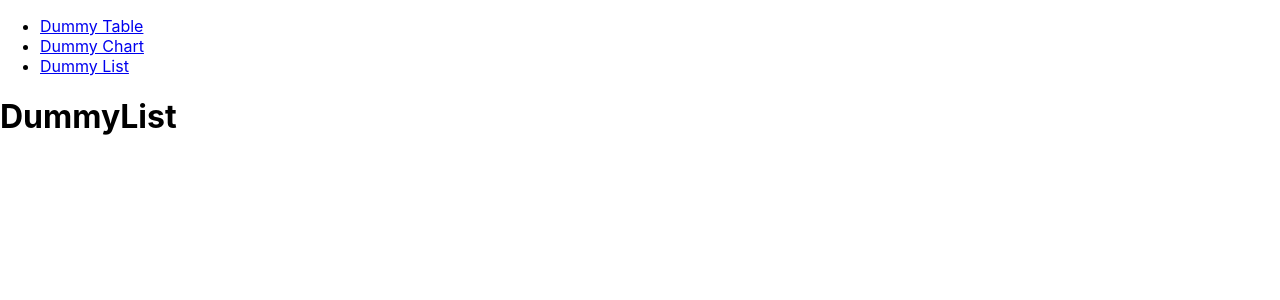
Repository: Vadim-27/backendless
Page: /tabs/dummyList
An editor plug-in stored every save of this project. The page is shown before and after the next save, followed by the edit.
The browser window is 1280 px wide. The pictures show the whole page.
The project was rebuilt for these pictures with package versions that can differ from the ones it lists, and the page was loaded fresh each time. Also part of the build but not shown: src/modules/DummyChart/DummyChart.jsx, src/Pages/DummyChartPage/DummyChartPage.jsx, src/modules/DummyTable/DummyTable.jsx, src/Pages/DummyTablePage/DummyTablePage.jsx.

Above is the page before, as saved 2023-10-28 11:59:37.

After the next save:
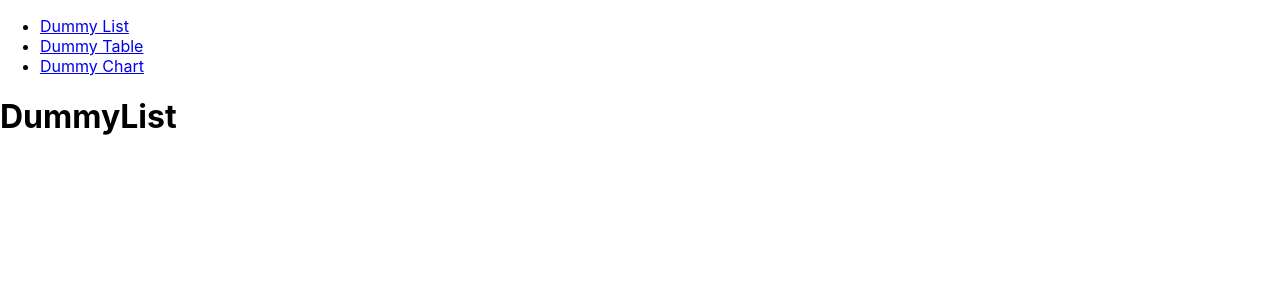
Saved 7 s later.
--- a/src/modules/Navbar/Navbar.jsx
+++ b/src/modules/Navbar/Navbar.jsx
@@ -4,7 +4,7 @@ import tabs from "./tabs";
 const Navbar = () => {
   const sortedTabs = tabs.slice().sort((a, b) => a.order - b.order);
 
-  const navbarList = tabs.map(({ id, title, order, path }) => (
+  const navbarList = sortedTabs.map(({ id, title, order, path }) => (
     <li key={id}>
       <NavLink to={path}>{title}</NavLink>
     </li>
